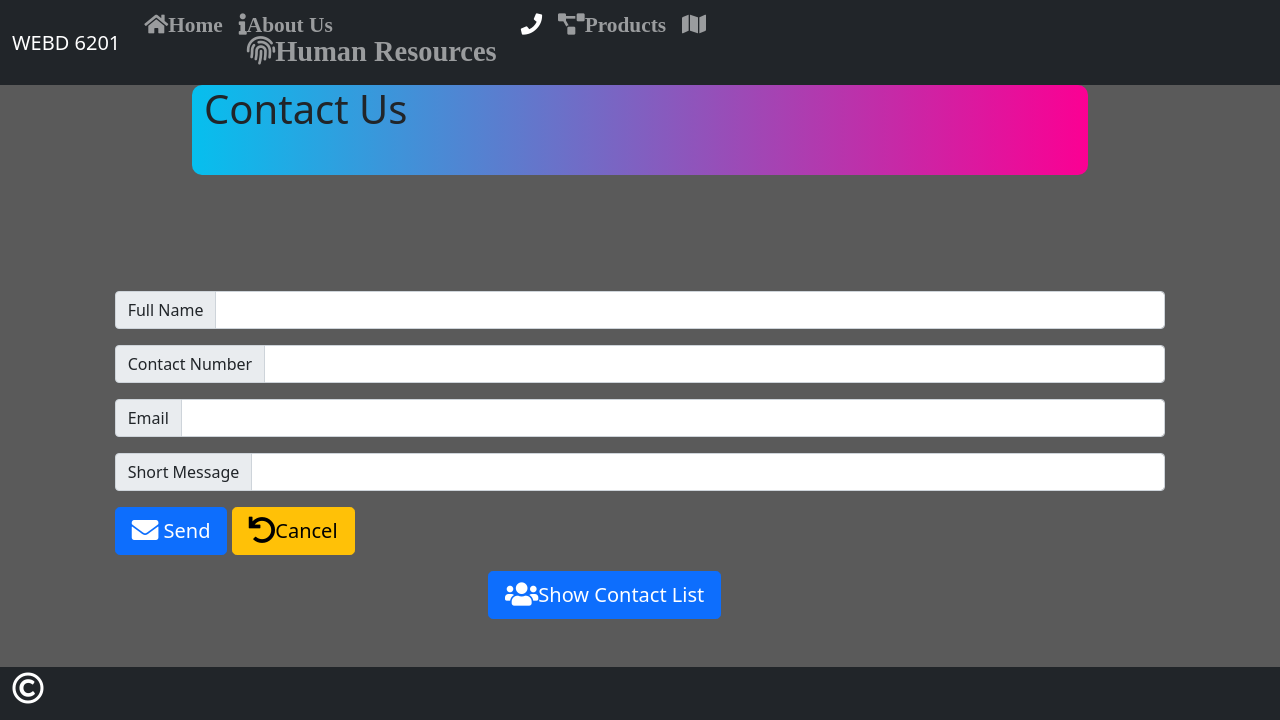
Repository: vans12345678/WEBD6201-W2021-Lab1
Page: contact.html
These files come from the project's save history. The page is drawn as it stood at one moment and after the next save; the edit follows.
The browser window is 1280 px wide. The pictures show the whole page.

Above is the page before, as saved 2021-02-02 20:17:47.
Console error: ReferenceError: paragraphDiv is not defined

After the next save:
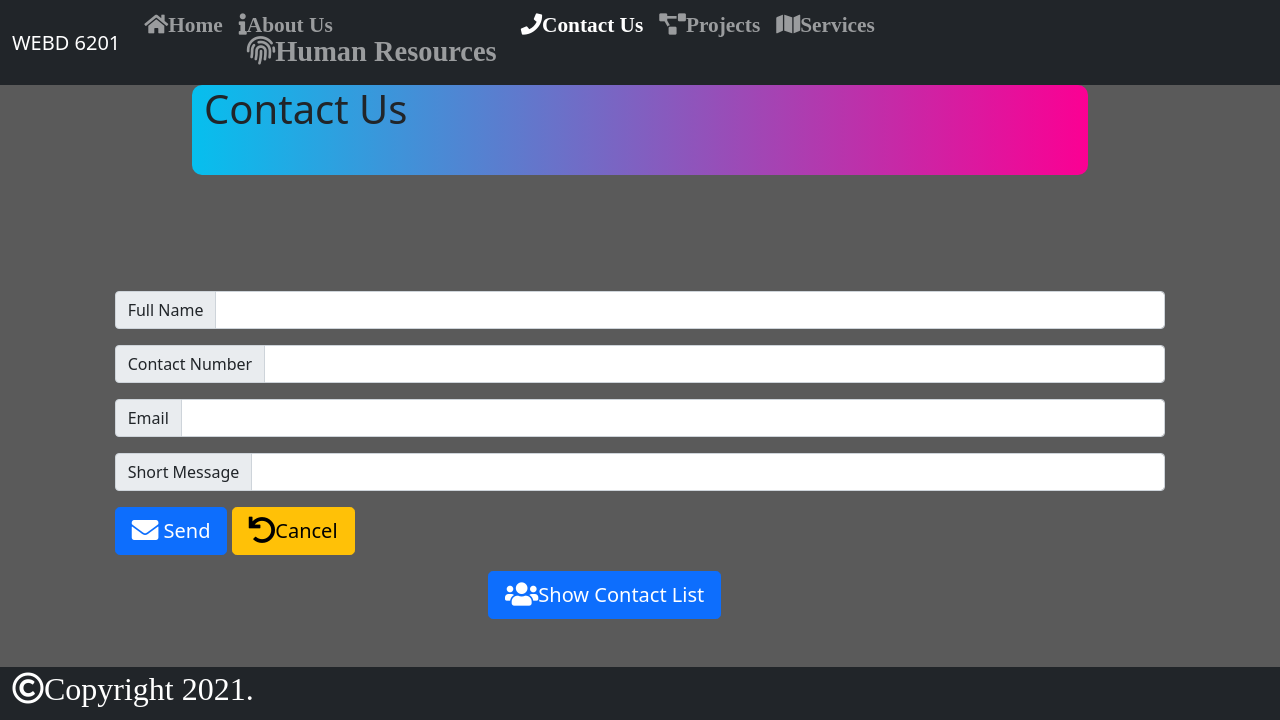
The error is gone.
Saved 15 s later.
--- a/Scripts/app.js
+++ b/Scripts/app.js
@@ -37,7 +37,7 @@
         //newParagraph.before(paragraphDiv);
 
         //insertion after node
-        newParagraph.after(paragraphDiv);
+        //newParagraph.after();
         // navTextElement = document.getElementById("navHumanResources").innerHTML = `
         //     <a  class="nav-link fas fa-fingerprint fa-lg" aria-current="page" href="human-resources.html">Human Resources</a>
         //     `;
